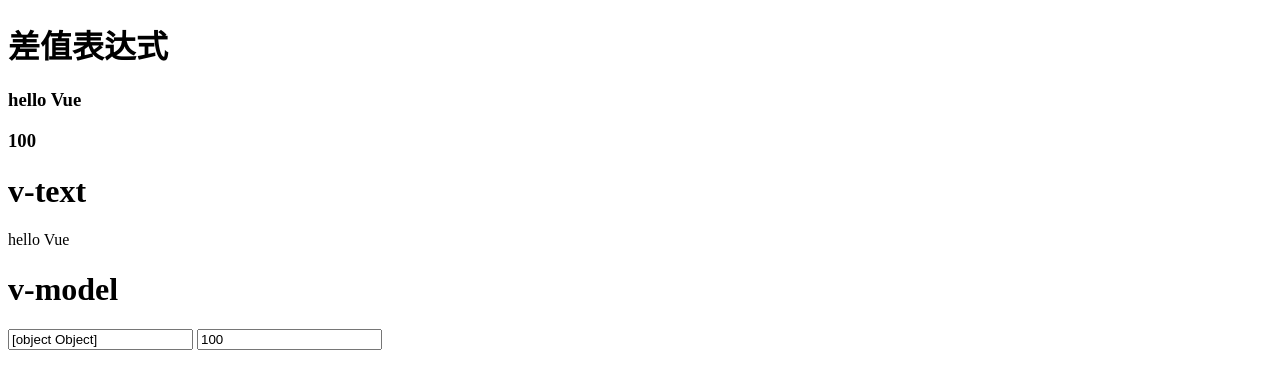
Repository: minfat/vue-reactive
Page: vue/index.html
An editor plug-in stored every save of this project. The page is shown before and after the next save, followed by the edit.
The browser window is 1280 px wide. The pictures show the whole page.

Above is the page before, as saved 2020-12-07 23:25:37.

### vue/index.html
<!DOCTYPE html>
<html lang="en">
<head>
    <meta charset="UTF-8">
    <meta name="viewport" content="width=device-width, initial-scale=1.0">
    <title>Document</title>
</head>
<body>
    <div id="app">
        <h1>差值表达式</h1>
        <h3>{{msg}}</h3>
        <h3>{{count}}</h3>
        <h1>v-text</h1>
        <div v-text="msg"></div>
        <h1>v-model</h1>
        <input type="text" v-model="msg">
        <input type="text" v-model="count">
    </div>
</body>
</html>
<script src="./js/dep.js"></script>
<script src="./js/watcher.js"></script>
<script src="./js/compiler.js"></script>
<script src="./js/observer.js"></script>
<script src="./js/vue.js"></script>
<script>
    let vm = new Vue({
        el:'#app',
        data:{
            msg:'hello Vue',
            count:100,
            preson:{
                name:'ydd'
            }
        }
    })
    console.log(vm.msg)
    vm.msg={
        test:'hello'
    }
</script>

### vue/js/dep.js
class Dep{
    constructor() {
        //存储所有的观察者
        this.subs= []
        console.log(this.subs,'---this.subs---')
    }
    //添加观察者
    addSub(sub) {
        //所有观察者都有一个update方法
        if(sub && sub.update) {
            this.subs.push(sub)
        }
    }
    //发送通知
    notify() {
        this.subs.forEach(sub=>{
            sub.update()
        })
    }
}

### vue/js/watcher.js
class Watcher{
    constructor(vm,key,cb,oldValue) {
        this.vm = vm
        //data中的属性名
        this.key = key
        //回调函数负责更新视图
        this.cb = cb
        //把当前watcher对象记录到dep类的静态属性target
        Dep.target = this //this就是 watcher对象
        //触发get方法，在get方法中会调用addSub
        this.oldValue = vm[key]
        console.log(this.oldValue,'----this.oldValue---')
        Dep.target = null
    }
    //当数据发生变化的时候更新视图
    update() {
        console.log(this.vm,'------this.vm---------------')
        let newValue = this.vm[this.key]
        console.log(newValue,'----newValuessssssssss----')
        if(this.oldValue === newValue) {return}
        this.cb(newValue)
    }
}

### vue/js/compiler.js
class Compiler {
    constructor(vm) {
        this.el = vm.$el
        this.vm = vm
        this.compile(this.el)

    }
    //编译模板，处理文本节点和元素节点
    compile(el) {
        let childNodes = el.childNodes
        //Array.from将伪数组
        Array.from(childNodes).forEach(node=>{
            //处理文本节点
            if(this.isTextNode(node)) {
                this.compileText(node)
            }else if(this.isElementNode(node)) {
                //处理元素节点
                this.compileElement(node)
            }
            //判断node节点，是否有子节点,如果有子节点，要递归调用compile
            if(node.childNodes && node.childNodes.length) {
                this.compile(node)
            }
        })
    }
    //编译元素节点，处理指令
    compileElement(node) {
        //遍历所有的属性节点
        console.log(node)
        Array.from(node.attributes).forEach(attr=>{
            let attrName = attr.name
            console.log(this.isDirective(attrName))
            if(this.isDirective(attrName)) {
                //v-text ==>text
                attrName = attrName.substr(2)
                console.log(attrName,'-attrName-')
                let key = attr.value
                this.update(node,key,attrName)
            }
        })

    }
    update(node,key,attrName) {
        let updateFn = this[attrName+'Updater']
        updateFn && updateFn.call(this,node,this.vm[key],key)
    }
    //处理 v-text 指令
    textUpdater(node,value,key) {
        node.textContent = value
        //创建watcher对象 更新视图
        // new Watcher(this.vm,key,(newValue)=>{
        //     node.textContent = newValue
        // })
    }
    //处理 v-model
    modelUpdater(node,value,key) {
        console.log(node,value)
        node.value = value
        //创建watcher对象 更新视图
        new Watcher(this.vm,key,(newValue)=>{
            console.log(newValue,'---newValue---')
            node.value = newValue
        })
        //双向绑定
        node.addEventListener('input',()=>{
            this.vm[key] = node.value
        })
    }
    //编译文本节点，处理差值表达式
    compileText(node) {
        let reg = /\{\{(.+?)\}\}/
        let value = node.textContent
        if(reg.test(value)) {
            let key = RegExp.$1.trim()
            node.textContent = value.replace(reg,this.vm[key])
            //创建watcher对象 更新视图
            // new Watcher(this.vm,key,(newValue)=>{
            //     node.textContent = newValue
            // })
        }
    }
    //判断元素属性是否是指令
    isDirective(attrName) {
        //判断字符串是否以v-开头
        return attrName.startsWith('v-')
    }
    //判断节点是否是文本节点
    isTextNode(node) {
        //nodeType === 1 元素节点 nodeType === 3 文本节点
        return node.nodeType === 3
    }
    //判断节点是否是元素节点
    isElementNode(node) {
        return node.nodeType === 1
    }
}

### vue/js/observer.js
class Observer{
    constructor(data) {
        this.walk(data)
    }
    //遍历data对象的所有属性
    walk(data) {
        //1.判断data是否是对象
        if(!data || typeof data !=='object') {
            return
        }
        //2.遍历data对象的所有属性
        Object.keys(data).forEach(key=>{
            this.defineReactive(data,key,data[key])
        })
    }
    //转换getter,setter
    defineReactive(obj,key,val) {
        let self = this
        //收集依赖，发送通知
        let dep = new Dep()
        //如果val是对象，把val内部的属性转换成响应式的。递归
        self.walk(val)
        Object.defineProperty(obj,key,{
            enumerable:true,//可枚举
            configurable:true,//可配置
            get() {
                //收集依赖  Dep.target其实就是观察者
                Dep.target && dep.addSub(Dep.target)
                return val //obj[key] 会发生死递归，这就是为什么要传递val而不是直接用obj[key]
            },
            set(newValue) {
                if(newValue === val) {retun}
                val = newValue
                self.walk(newValue)
                //发送通知
                dep.notify()
            }

        })
    }
}

### vue/js/vue.js
class Vue{
    constructor (options) {
        //1.通过属性保存选项的数据
        this.$options = options || {}
        this.$data = options.data || {}
        this.$el = typeof options.el === 'string' ? document.querySelector(options.el) : options.el
        //2.把data中的成员转换成getter和setter，注入到vue实例中
        this._proxyData(this.$data)
        //3.调用observer对象，监听数据的变化
        new Observer(this.$data)
        //4.调用compiler对象，解析指令和差值表达式
        console.log(this)
        new Compiler(this)
    }
    _proxyData(data) {
        //遍历data中的所有属性
        Object.keys(data).forEach(key=>{
            //把data的属性注入到vue实例中
            Object.defineProperty(this,key,{
                enumerable:true,
                configurable:true,
                get() {
                    return data[key]
                },
                set(newValue) {
                    if(newValue === data[key]) {
                        return
                    }
                    data[key] = newValue
                }
            })
        })
    }
}

After the next save:
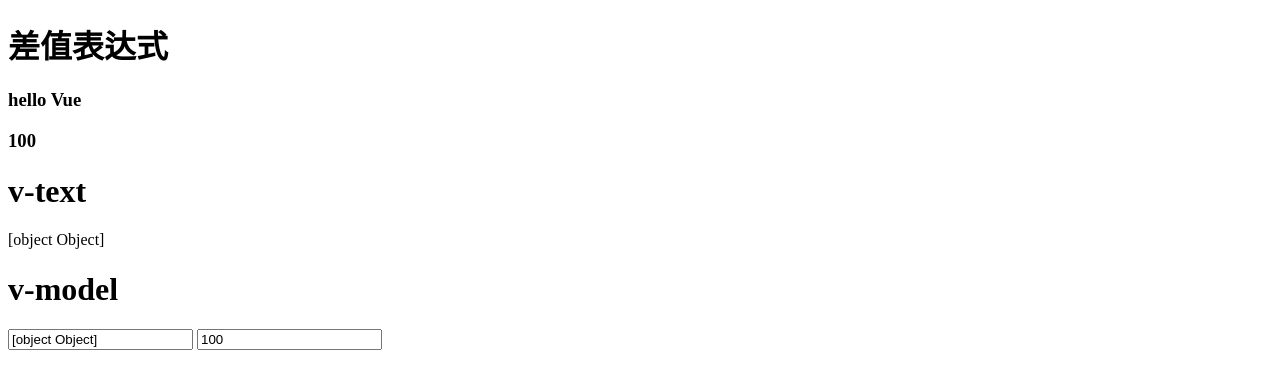
Saved 9 s later.
--- a/vue/js/compiler.js
+++ b/vue/js/compiler.js
@@ -48,9 +48,9 @@ class Compiler {
     textUpdater(node,value,key) {
         node.textContent = value
         //创建watcher对象 更新视图
-        // new Watcher(this.vm,key,(newValue)=>{
-        //     node.textContent = newValue
-        // })
+        new Watcher(this.vm,key,(newValue)=>{
+            node.textContent = newValue
+        })
     }
     //处理 v-model
     modelUpdater(node,value,key) {
